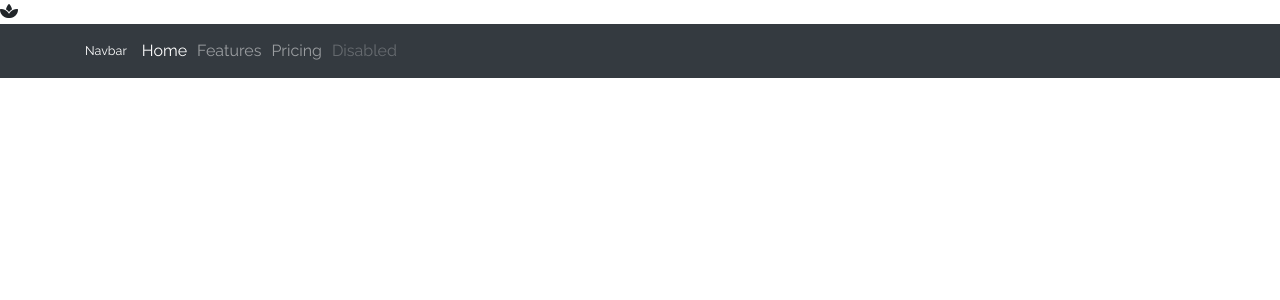
Repository: KrzysKolo/Projekt-13_Kwiaciarnia
Page: index.html
An editor plug-in stored every save of this project. The page is shown before and after the next save, followed by the edit.
The browser window is 1280 px wide. The pictures show the whole page.
Some web libraries are served in a nearby version.

Above is the page before, as saved 2020-08-07 12:20:17.

### index.html
<!DOCTYPE html>
<html lang="pl">
  <head>
    <meta charset="UTF-8" />
    <meta name="viewport" content="width=device-width, initial-scale=1.0" />
    <title>Bukieciarnia</title>
    <script
      src="https://kit.fontawesome.com/21efeaf281.js"
      crossorigin="anonymous"
    ></script>

    <link
      rel="stylesheet"
      href="https://stackpath.bootstrapcdn.com/bootstrap/4.5.0/css/bootstrap.min.css"
      integrity="sha384-9aIt2nRpC12Uk9gS9baDl411NQApFmC26EwAOH8WgZl5MYYxFfc+NcPb1dKGj7Sk"
      crossorigin="anonymous"
    />
    <link
      href="https://fonts.googleapis.com/css2?family=Raleway:wght@400;700&display=swap"
      rel="stylesheet"
    />
    <link rel="stylesheet" href="style.css" />
  </head>
  <body>
    <i class="fas fa-spa"></i>

    <nav class="navbar navbar-expand-lg navbar-dark bg-dark py-3">
      <div class="container">
        <a class="navbar-brand" href="#">Navbar</a>
        <button
          class="navbar-toggler"
          type="button"
          data-toggle="collapse"
          data-target="#navbarNavAltMarkup"
          aria-controls="navbarNavAltMarkup"
          aria-expanded="false"
          aria-label="Toggle navigation"
        >
          <span class="navbar-toggler-icon"></span>
        </button>
        <div class="collapse navbar-collapse" id="navbarNavAltMarkup">
          <div class="navbar-nav">
            <a class="nav-link active" href="#"
              >Home <span class="sr-only">(current)</span></a
            >
            <a class="nav-link" href="#">Features</a>
            <a class="nav-link" href="#">Pricing</a>
            <a
              class="nav-link disabled"
              href="#"
              tabindex="-1"
              aria-disabled="true"
              >Disabled</a
            >
          </div>
        </div>
      </div>
    </nav>

    <script
      src="https://code.jquery.com/jquery-3.5.1.slim.min.js"
      integrity="sha384-DfXdz2htPH0lsSSs5nCTpuj/zy4C+OGpamoFVy38MVBnE+IbbVYUew+OrCXaRkfj"
      crossorigin="anonymous"
    ></script>
    <script
      src="https://cdn.jsdelivr.net/npm/popper.js@1.16.0/dist/umd/popper.min.js"
      integrity="sha384-Q6E9RHvbIyZFJoft+2mJbHaEWldlvI9IOYy5n3zV9zzTtmI3UksdQRVvoxMfooAo"
      crossorigin="anonymous"
    ></script>
    <script
      src="https://stackpath.bootstrapcdn.com/bootstrap/4.5.0/js/bootstrap.min.js"
      integrity="sha384-OgVRvuATP1z7JjHLkuOU7Xw704+h835Lr+6QL9UvYjZE3Ipu6Tp75j7Bh/kR0JKI"
      crossorigin="anonymous"
    ></script>
  </body>
</html>

### style.css
* {
  box-sizing: border-box;
  margin: 0;
  padding: 0;
}
html {
  font-size: 62.5%;
}
body {
  font-family: "Raleway", sans-serif;
  font-size: 1.6rem;
}

After the next save:
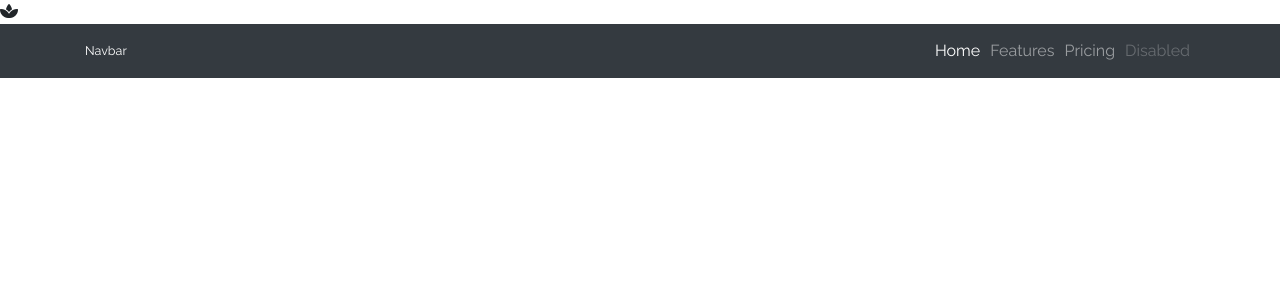
Saved 20 s later.
--- a/index.html
+++ b/index.html
@@ -39,7 +39,7 @@
           <span class="navbar-toggler-icon"></span>
         </button>
         <div class="collapse navbar-collapse" id="navbarNavAltMarkup">
-          <div class="navbar-nav">
+          <div class="navbar-nav ml-auto">
             <a class="nav-link active" href="#"
               >Home <span class="sr-only">(current)</span></a
             >
